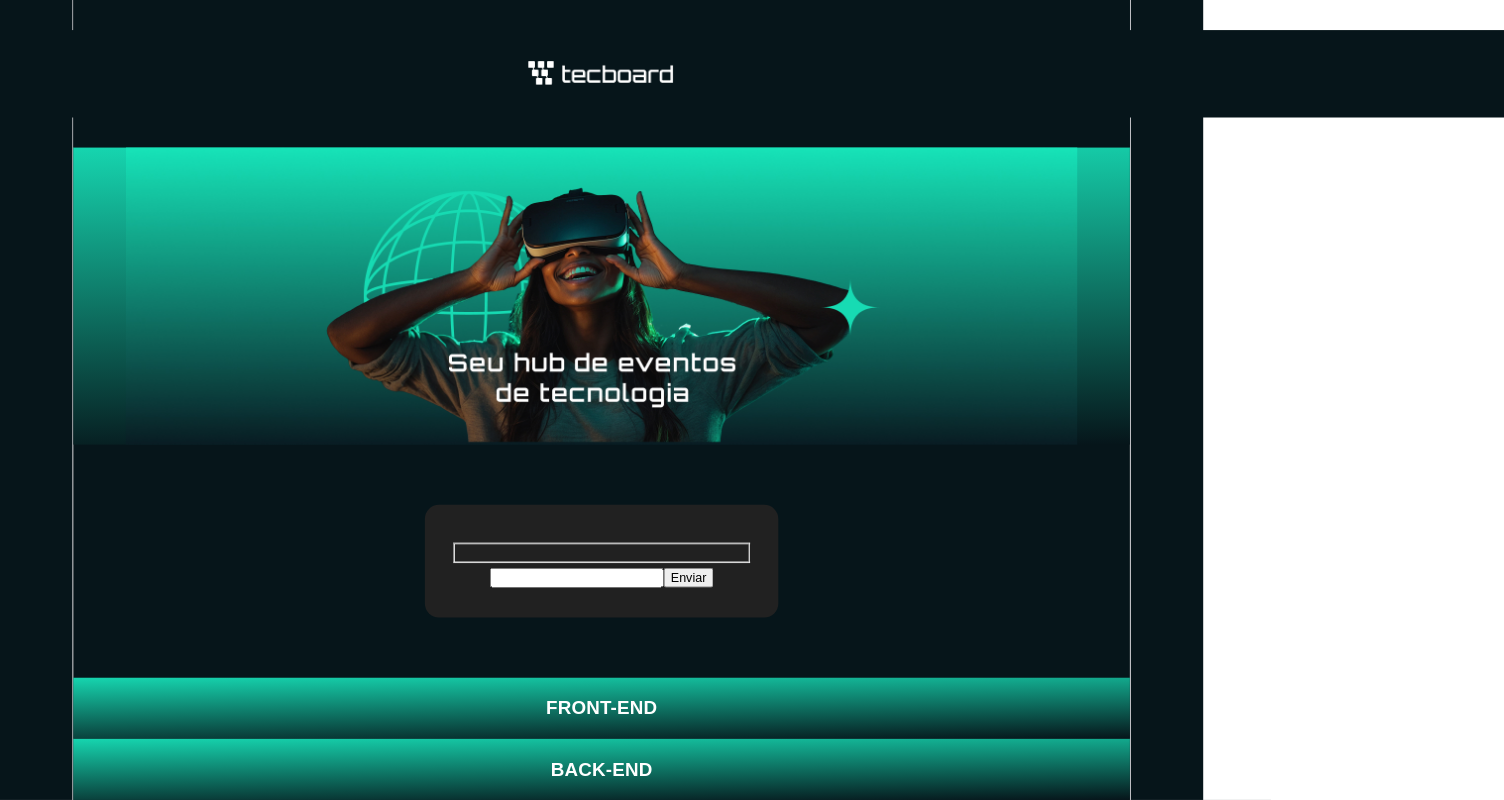
Repository: fernandadev12/techboard
Page: /
These files come from the project's save history. The page is drawn as it stood at one moment and after the next save; the edit follows.
The browser window is 1280 px wide. The page is 1600 px wide, so the pictures cover 1600 px, including what lies to the right of the window. The pictures show the whole page, at 94% of full size.
The project was rebuilt for these pictures with package versions that can differ from the ones it lists, and the page was loaded fresh each time. Also part of the build but not shown: vite.config.js.

Above is the page before, as saved 2026-06-14 14:38:37.

After the next save:
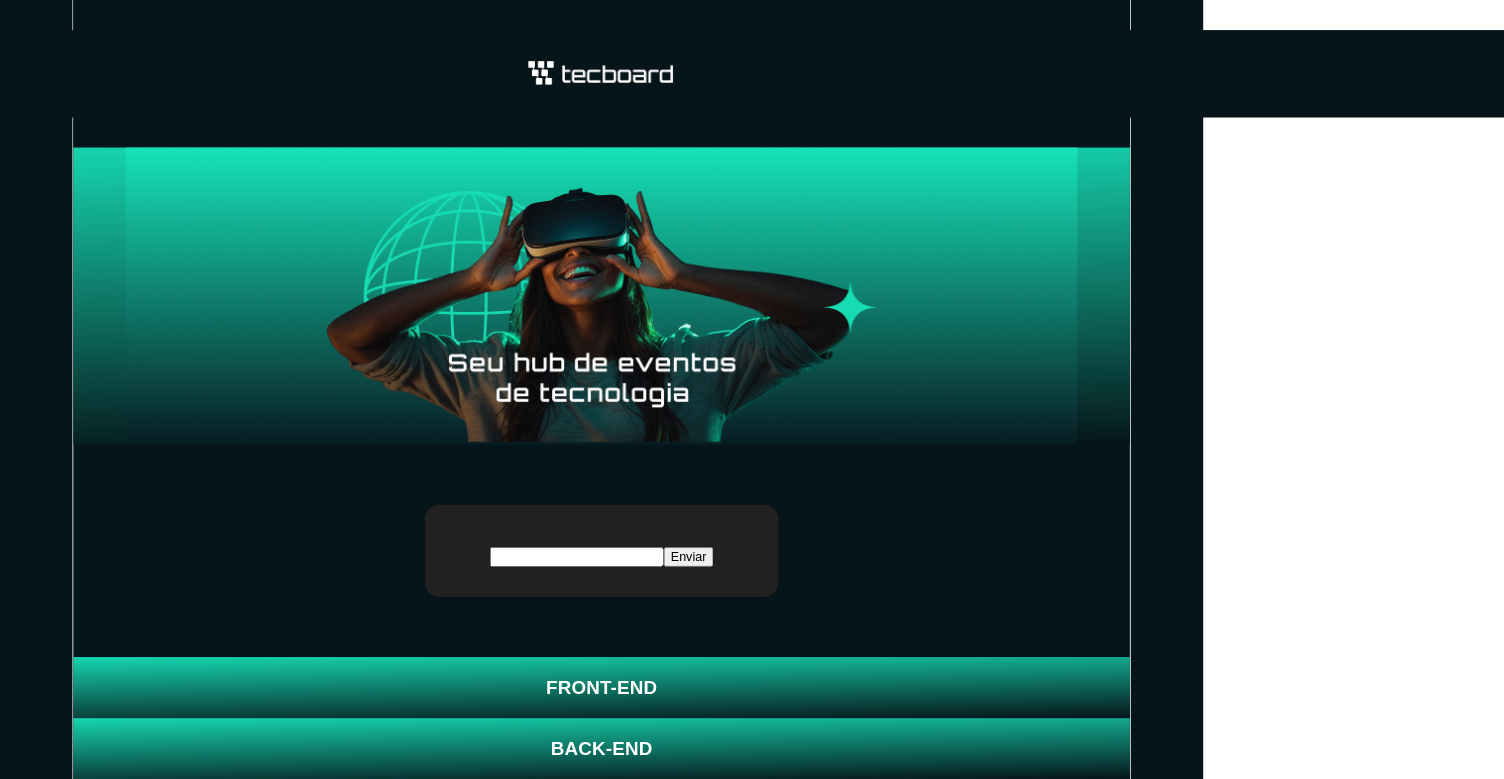
Saved 19 s later.
--- a/src/componentes/CampoDeFormulario/campoformestyles.css
+++ b/src/componentes/CampoDeFormulario/campoformestyles.css
@@ -2,4 +2,7 @@
   display: flex;
   flex-direction: column;
   gap: 8px;
+  border: none;
+  padding: 0;
+  margin: 0;
 }
